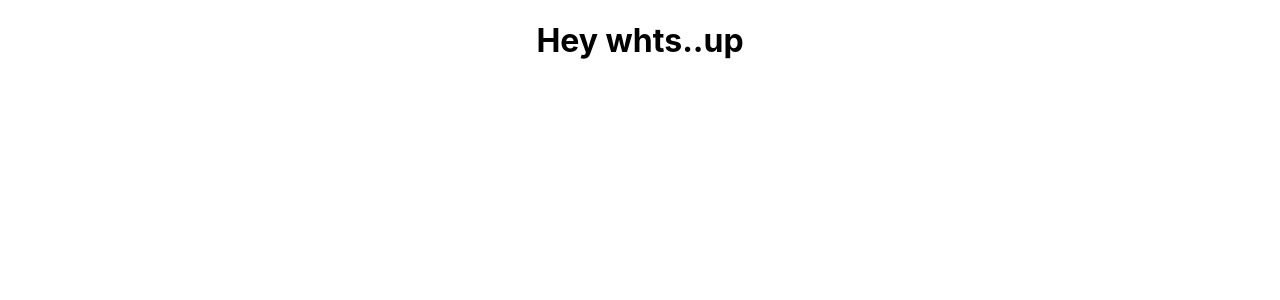
Repository: RohitMalik2/Rohit_react
Page: /
An editor plug-in stored every save of this project. The page is shown before and after a run of saves, followed by the edit.
The browser window is 1280 px wide. The pictures show the whole page.
The project was rebuilt for these pictures with package versions that can differ from the ones it lists, and the page was loaded fresh each time.

Above is the page before, as saved 2019-10-09 22:55:52.

After the next 2 saves:
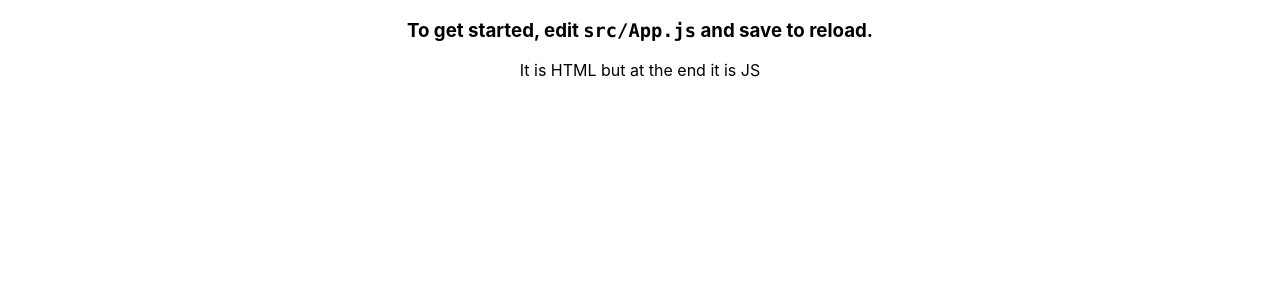
The 2 saves are shown as one change because 1 did not build or start.
The last was saved 23 h 32 min later.
--- a/src/App.js
+++ b/src/App.js
@@ -3,14 +3,15 @@ import './App.css';
 
 class App extends Component {
   render() {
-   /*  return (
+    return (
       <div className="App">
         <h3>
           To get started, edit <code>src/App.js</code> and save to reload.
         </h3>
+        <p> It is HTML but at the end it is JS</p>
       </div>
-    ); */
-    return React.createElement('div', {className: 'App'}, React.createElement('h1', null, "Hey whts..up"));
+    );
+    /* return React.createElement('div', {className: 'App'}, React.createElement('h1', null, "Hey whts..up")); */
   }
 }
 
